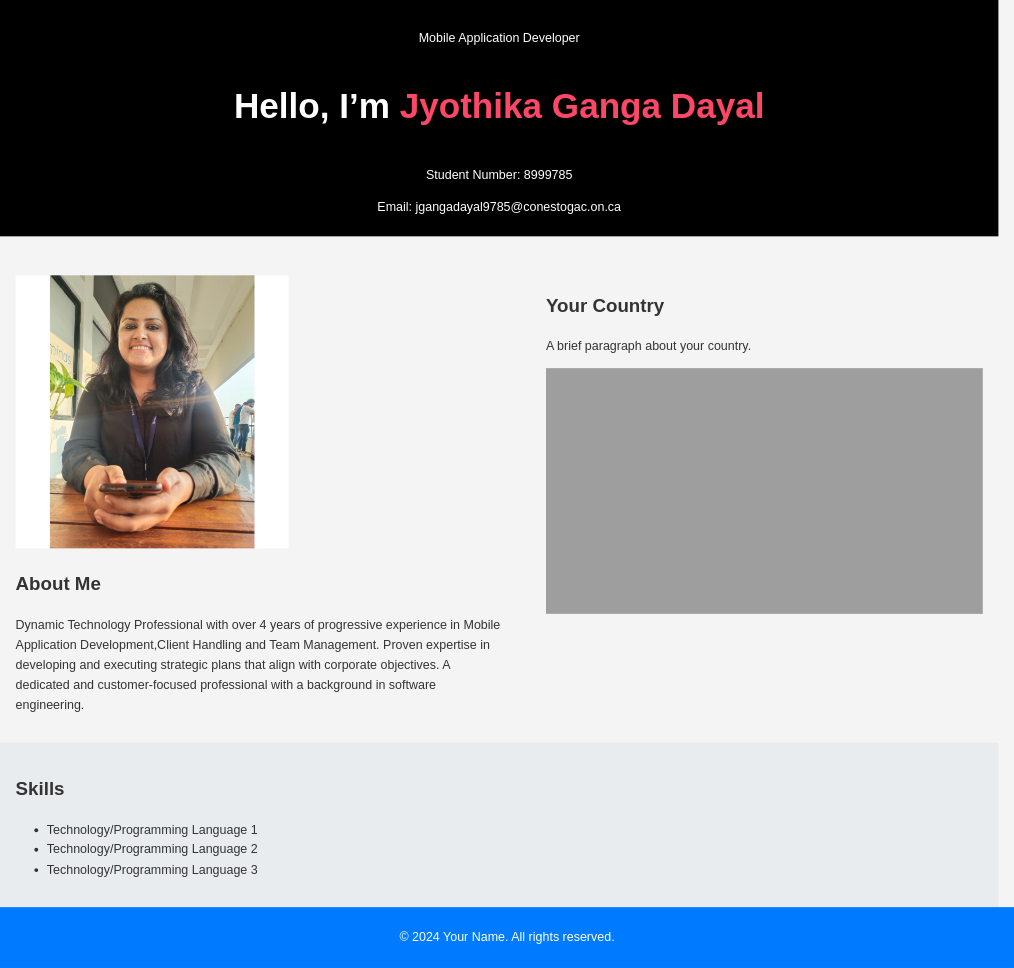
Repository: jyothika123/portfolio
Page: index.html
An editor plug-in stored every save of this project. The page is shown before and after the next save, followed by the edit.
The browser window is 1280 px wide. The page is 1300 px wide, so the pictures cover 1300 px, including what lies to the right of the window. The pictures show the whole page, at 78% of full size.
Pictures or frames that could not be fetched are drawn as grey boxes.

Above is the page before, as saved 2024-09-22 15:50:46.

After the next save:
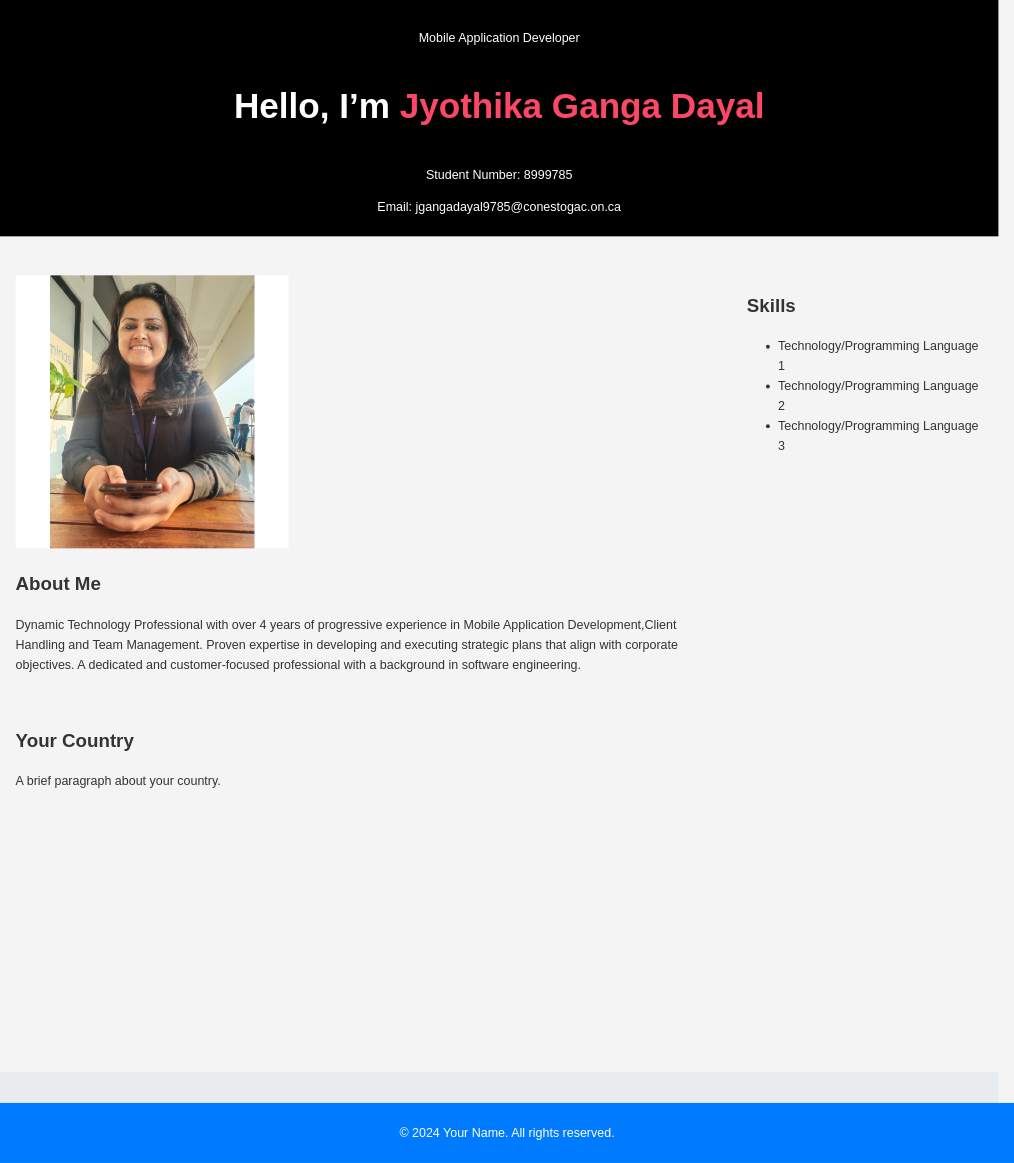
Saved 58 s later.
--- a/index.html
+++ b/index.html
@@ -27,6 +27,14 @@
                     corporate objectives. A dedicated and customer-focused professional with a
                     background in software engineering. </p>
             </section>
+            <section>
+                <h2>Skills</h2>
+                <ul>
+                    <li>Technology/Programming Language 1</li>
+                    <li>Technology/Programming Language 2</li>
+                    <li>Technology/Programming Language 3</li>
+                </ul>
+            </section>
             <section class="country">
                 <h2>Your Country</h2>
                 <p>A brief paragraph about your country.</p>
@@ -37,12 +45,7 @@
         </section>
     </main>
     <aside>
-        <h2>Skills</h2>
-        <ul>
-            <li>Technology/Programming Language 1</li>
-            <li>Technology/Programming Language 2</li>
-            <li>Technology/Programming Language 3</li>
-        </ul>
+
     </aside>
     <footer>
         <p>&copy; 2024 Your Name. All rights reserved.</p>
